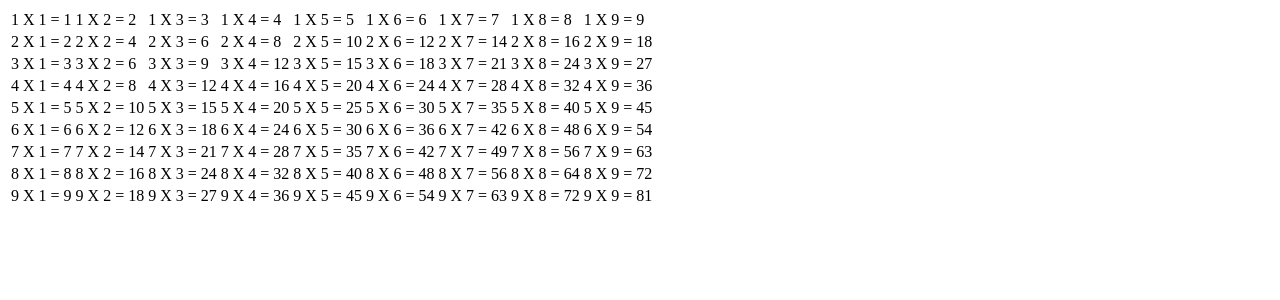
Repository: dhwngjs01/3-1_Spring_Server_Programming
Page: http://localhost/20230314_1to10/gugudan
An editor plug-in stored every save of this project. The page is shown before and after the next save, followed by the edit.
The browser window is 1280 px wide. The pictures show the whole page.
The page is served by Tomcat 9.

Above is the page before, as saved 2023-03-14 05:42:53.

After the next save:
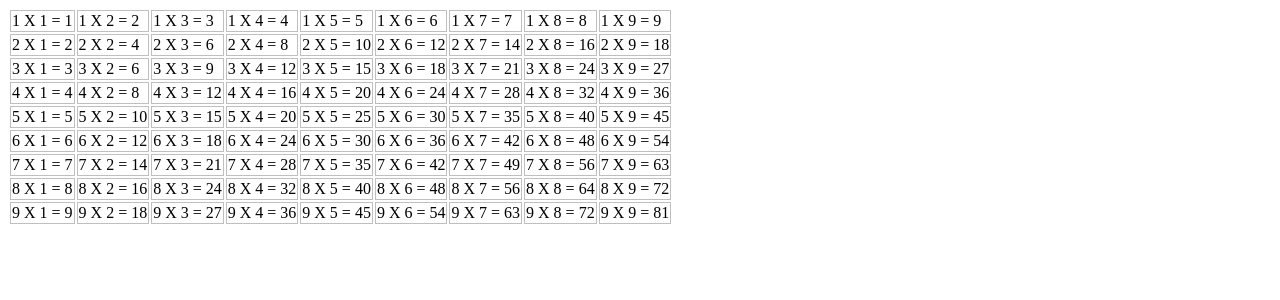
Saved 17 s later.
--- a/20230314_1to10/src/main/webapp/WEB-INF/views/gugudan.jsp
+++ b/20230314_1to10/src/main/webapp/WEB-INF/views/gugudan.jsp
@@ -10,7 +10,7 @@
 			<% for(int i = 1; i <= 9; i++){ %>
 			<tr>
 				<% for(int j = 1; j <= 9; j++){ %>
-				<td><%= i %> X <%= j %> = <%= i*j %></td>
+				<td style="border:1px solid #bfbfbf"><%= i %> X <%= j %> = <%= i*j %></td>
 				<% } %>
 			</tr>
 			<% } %>
